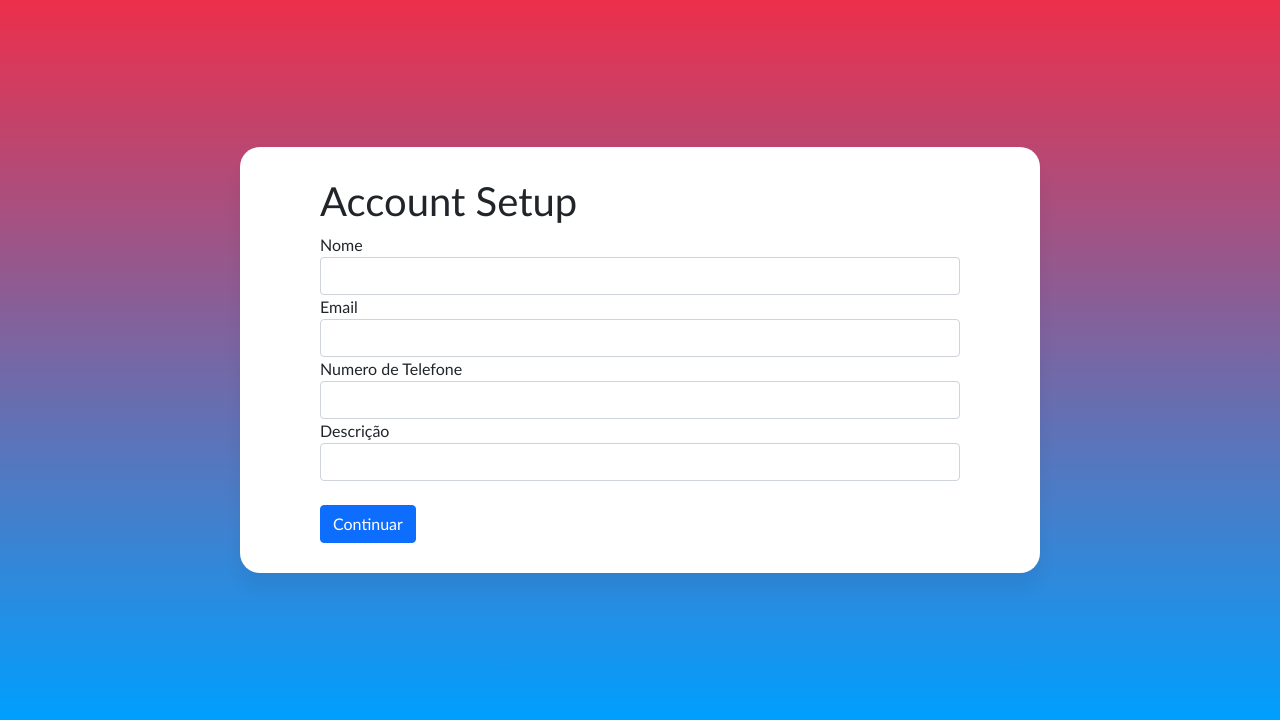
Repository: DeanLemosXD/ReactJS-3steps-form
Page: /
An editor plug-in stored every save of this project. The page is shown before and after the next save, followed by the edit.
The browser window is 1280 px wide. The pictures show the whole page.
The project was rebuilt for these pictures with package versions that can differ from the ones it lists, and the page was loaded fresh each time. Imported but missing from the stored project, and not drawn on this page: src/components/Confirm, src/components/OtherData.

Above is the page before, as saved 2021-10-26 17:05:29.

After the next save:
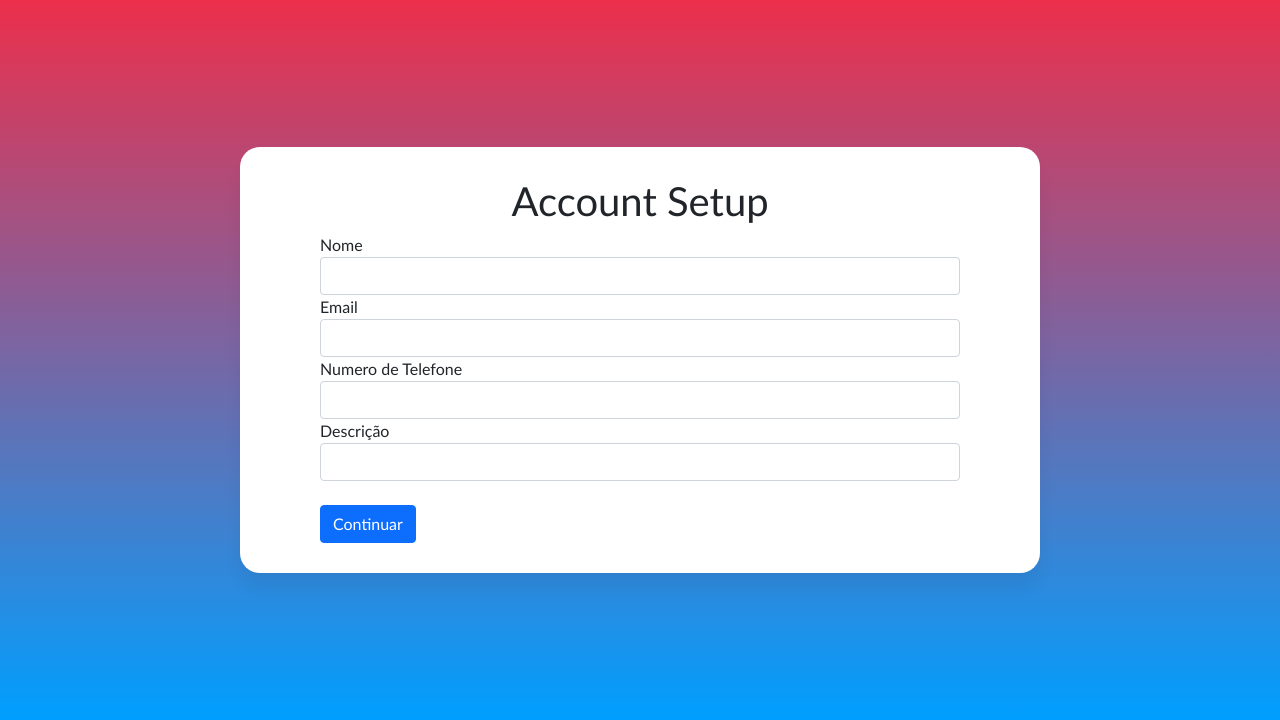
Saved 10 min 43 s later.
--- a/src/App.css
+++ b/src/App.css
@@ -23,3 +23,7 @@
   margin: 0 auto;
   box-shadow: 0 15px 16px .17px rgba(0,0,0,0.05);
 }
+
+h1 {
+  text-align: center;
+}
